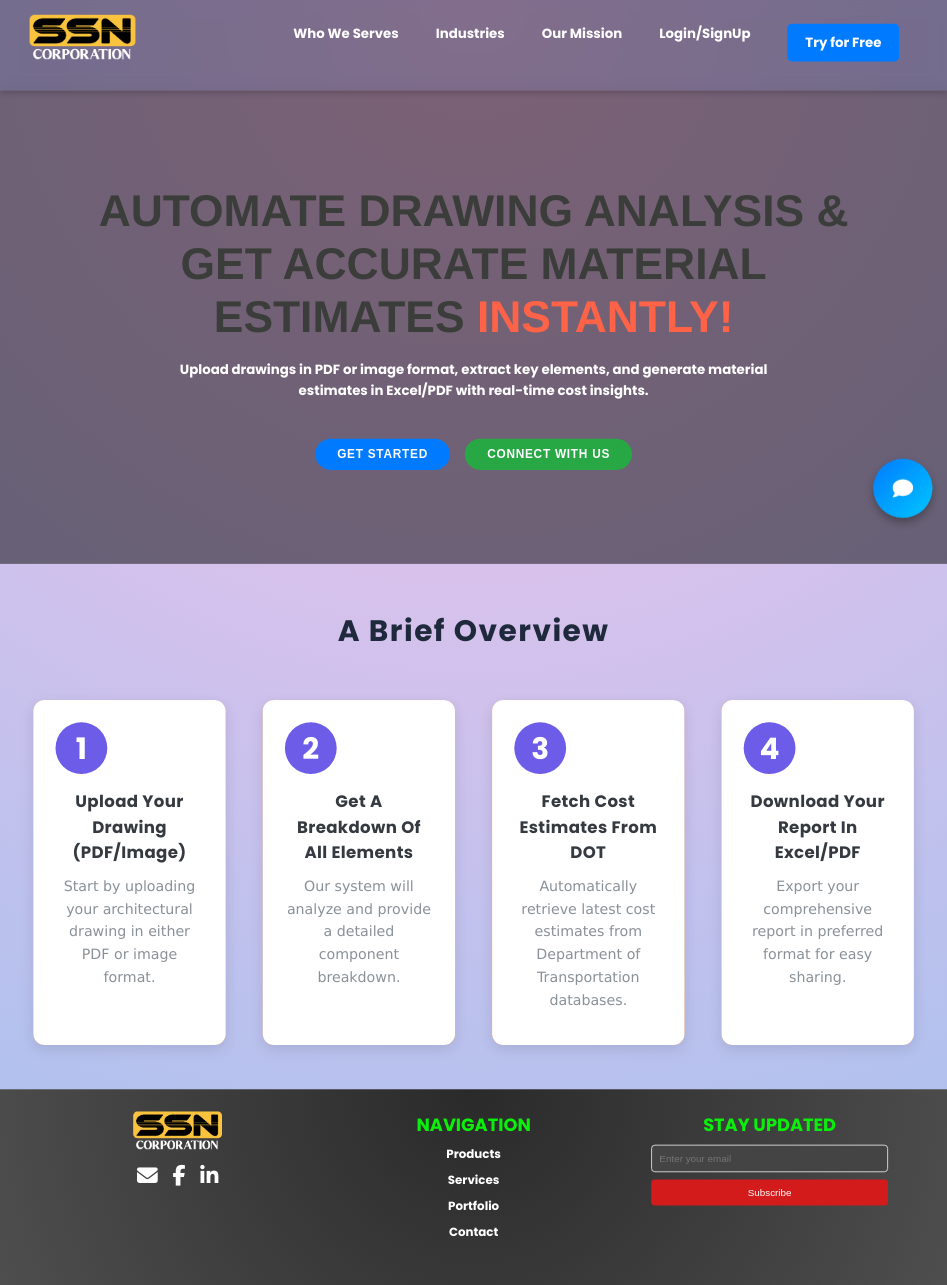
Repository: aabhashbasnet/SSNCorporation
Page: /
An editor plug-in stored every save of this project. The page is shown before and after a run of saves, followed by the edit.
The browser window is 1280 px wide. The pictures show the whole page, at 74% of full size.
The project was rebuilt for these pictures with package versions that can differ from the ones it lists, and the page was loaded fresh each time. Also part of the build but not shown: src/pages/OurMission/OurMission.jsx, src/pages/LoginSignUp/LoginSignUp.css, src/pages/LoginSignUp/LoginSignUp.jsx, src/pages/Industries/Industries.jsx, src/pages/Industries/Landscaping.jsx, src/pages/Industries/Paving.jsx, src/pages/Industries/GeneralConstruction.jsx, src/pages/Industries/FacilitiesMaintenance.jsx and 10 more.

Above is the page before, as saved 2025-02-11 14:52:21.

### src/index.css
/* index.css or App.css */
body {
  margin: 0;
  padding: 0;
  font-family: 'Poppins', sans-serif; /* Optional: Add modern typography */
  /* background: linear-gradient(to bottom, #0a192f, #162447); */
  /* background: linear-gradient(to bottom, #0a192f, #004aad); */
  /* background: radial-gradient(circle at top, #00c6ff, #0072ff, #0a192f);
  background: radial-gradient(circle at top, #ff7e5f, #feb47b, #f4f4f4);
  background: radial-gradient(circle at top, #6a11cb, #2575fc);
  background: radial-gradient(circle at top, #ff416c, #ff4b2b); */
  background: radial-gradient(circle at top, #fbc2eb, #a6c1ee);
  /* color: white; Ensures text is readable */
  min-height: 100vh;
}

### src/App.css
.app-container {
  min-height: 100vh;
  display: flex;
  flex-direction: column;
  background-size: cover;
  background-position: center;
}

### src/components/Main/Main.jsx
import React, { useEffect } from "react";
import { useNavigate } from "react-router-dom";
import "./Main.css";

const Main = () => {
  const navigate = useNavigate();

  const handleGetStartedClick = () => {
    // Open the GetStarted component in a new tab
    const newTab = window.open("", "_blank");
    newTab.location.href = "/get-started";
  };

  useEffect(() => {
    // Adding animation to fade in the content
    const content = document.querySelector(".main-content");
    content.classList.add("fade-in");
  }, []);

  return (
    <div className="main-container">
      <div className="background-image">
        <div className="main-content">
          <h1 className="headline">
            Automate Drawing Analysis & Get Accurate Material Estimates{" "}
            <span className="instant">Instantly!</span>
          </h1>
          <p className="description">
            Upload drawings in PDF or image format, extract key elements, and generate material estimates in Excel/PDF with real-time cost insights.
          </p>

          <div className="button-container">
            <button className="button primary" onClick={handleGetStartedClick}>
              Get Started
            </button>
            <button className="button connect">Connect with Us</button>
          </div>
        </div>
      </div>
    </div>
  );
};

export default Main;

### src/components/Working/Working.jsx
import React from 'react';
import './Working.css';


const Working = () => {
  const steps = [
    {
      number: '1',
      title: 'Upload your drawing (PDF/Image)',
      description: 'Start by uploading your architectural drawing in either PDF or image format.'
    },
    {
      number: '2',
      title: 'Get a breakdown of all elements',
      description: 'Our system will analyze and provide a detailed component breakdown.'
    },
    {
      number: '3',
      title: 'Fetch cost estimates from DOT',
      description: 'Automatically retrieve latest cost estimates from Department of Transportation databases.'
    },
    {
      number: '4',
      title: 'Download your report in Excel/PDF',
      description: 'Export your comprehensive report in preferred format for easy sharing.'
    }
  ];

  return (
    <div className="how-it-works-container">
      <h2 className="section-title">A Brief Overview</h2>
      <div className="steps-container">
        {steps.map((step, index) => (
          <div key={index} className="step-card">
            <div className="step-icon">{step.number}</div>
            <h3 className="step-title">{step.title}</h3>
            <p className="step-description">{step.description}</p>
          </div>
        ))}
      </div>
    </div>
  );
};

export default Working;

### src/components/Footer/Footer.jsx
import React from 'react';
import './Footer.css';
import logo from '../../assets/logo.png';

const Footer = () => {
  return (
    <footer className="footer">
      <div className="footer-content"> {/* Container for better layout control */}
        <div className="footer-section">
          <img src={logo} alt="Company Logo" className="logo" />
          <div className="social-links">
            <a href="mailto:info@ssnbuilders.com" aria-label="Email">
              <i className="fas fa-envelope social-icon"></i>
            </a>
            <a href="https://www.facebook.com" aria-label="Facebook" target="_blank" rel="noopener noreferrer">
              <i className="fab fa-facebook-f social-icon"></i>
            </a>
            <a href="https://www.linkedin.com" aria-label="LinkedIn" target="_blank" rel="noopener noreferrer">
              <i className="fab fa-linkedin-in social-icon"></i>
            </a>
          </div>
        </div>

        <div className="footer-section">
          <h4>Navigation</h4>
          <nav>
            <ul className="footer-nav">
              <li><a href="/products">Products</a></li>
              <li><a href="/services">Services</a></li>
              <li><a href="/portfolio">Portfolio</a></li>
              <li><a href="/contact">Contact</a></li>
            </ul>
          </nav>
        </div>

        <div className="footer-section">
          <h4>Stay Updated</h4>
          <div className="newsletter">
            <input
              type="email"
              placeholder="Enter your email"
              className="email-input"
              aria-label="Email for newsletter"
            />
            <button className="subscribe-button">Subscribe</button>
          </div>
        </div>
      </div> {/* Close footer-content */}
    </footer>
  );
}

export default Footer;

### src/components/Main/Main.css
/* Main content styling */
.main-content {
  padding: 50px 20px;
  text-align: center;
  min-height: calc(100vh - 80px);
  display: flex;
  flex-direction: column;
  justify-content: center;
  align-items: center;
  position: relative;
  z-index: 1;
}

/* Gradient overlay */
.main-content:before {
  content: '';
  position: absolute;
  top: 0;
  left: 0;
  right: 0;
  bottom: 0;
  background: rgba(0, 0, 0, 0.5); /* Dark gradient for readability */
  z-index: -1;
}

/* Headline styling with animated underline */
.headline {
  font-family: 'Helvetica', sans-serif;
  font-size: 60px;
  font-weight: bold;
  color: #3b3d3a;
  margin-bottom: 20px;
  line-height: 1.2;
  text-transform: uppercase;
  display: inline-block;
  position: relative;
  max-width: 90%;
}

.headline .instant {
  color: #ff6347; /* Tomato color */
}

/* Underline animation effect */
.headline:after {
  content: '';
  position: absolute;
  left: 0;
  bottom: -5px;
  width: 0;
  height: 3px;
  background: #ff6347;
  transition: width 0.3s ease;
}

.headline:hover:after {
  width: 100%;
}

/* Description styling */
.description {
  font-size: 18px;
  font-weight: bold;
  color: white;
  max-width: 800px;
  margin: 0 auto;
  line-height: 1.6;
  margin-bottom: 30px;
}

/* Button container styling */
.button-container {
  display: flex;
  gap: 20px;
  justify-content: center;
  margin-top: 20px;
  flex-wrap: wrap;
  align-items: center;
}

/* Button base styling */
.button {
  padding: 12px 30px;
  font-size: 16px;
  font-weight: bold;
  border: none;
  border-radius: 25px;
  cursor: pointer;
  transition: all 0.3s ease;
  display: inline-block;
  text-transform: uppercase;
  letter-spacing: 1px;
}

/* Default button styling */
.button:hover {
  transform: translateY(-5px);
}

/* "Get Started" button styling */
.button.primary {
  background-color: #007bff;
  color: white;
}

.button.primary:hover {
  background-color: #0056b3;
}

/* "Connect with Us" button styling */
.button.connect {
  background-color: #28a745;
  color: white;
}

.button.connect:hover {
  background-color: #218838;
}

/* Add some responsive styling */
@media (max-width: 768px) {
  .headline {
    font-size: 45px; /* Adjust the headline font size */
  }

  .description {
    font-size: 16px;
    padding: 0 20px;
  }

  .button-container {
    flex-direction: column; /* Stack buttons on mobile */
  }

  .button {
    width: 100%;
    max-width: 300px;
    margin: 10px 0;
  }
}

### src/components/Working/Working.css
/* Working.css */

/* Container for the whole section */
.how-it-works-container {
    padding: 60px 20px;
    /* background-color: #f1f4f9; */
    text-align: center;
  }

  .section-title {
    font-size: 3rem;
    font-weight: bold;
    color: #343a40;
    margin-bottom: 40px;
    /* text-transform: uppercase; */
    letter-spacing: 2px;
    animation: fadeIn 1s ease-out;
  }

  /* Flexbox container for the cards */
  .steps-container {
    display: flex;
    justify-content: center;
    gap: 50px;
    flex-wrap: wrap;
    animation: fadeInUp 1s ease-out;
  }

  /* Individual step cards */
  .step-card {
    background-color: #fff;
    border-radius: 15px;
    box-shadow: 0 6px 18px rgba(0, 0, 0, 0.1);
    padding: 30px;
    width: 260px;
    transition: transform 0.4s ease, box-shadow 0.4s ease;
    cursor: pointer;
    position: relative;
    overflow: hidden;
    text-align: center;
  }

  .step-card:hover {
    transform: translateY(-10px);
    box-shadow: 0 12px 30px rgba(0, 0, 0, 0.15);
  }

  .step-card::before {
    content: "";
    position: absolute;
    top: 50%;
    left: 50%;
    width: 200%;
    height: 200%;
    background: linear-gradient(45deg, #ff6f61, #f79c42, #6c5ce7);
    z-index: -1;
    animation: expand 3s ease-out infinite;
    transform: translate(-50%, -50%);
  }

  /* Step icon circle */
  .step-icon {
    font-size: 2.5rem;
    font-weight: bold;
    color: #fff;
    background-color: #6c5ce7;
    width: 70px;
    height: 70px;
    border-radius: 50%;
    display: flex;
    align-items: center;
    justify-content: center;
    margin-bottom: 20px;
    transition: transform 0.3s ease;
  }

  .step-card:hover .step-icon {
    transform: scale(1.1);
  }

  /* Title style for each step */
  .step-title {
    font-size: 1.4rem;
    font-weight: 600;
    color: #343a40;
    margin-bottom: 15px;
    text-transform: capitalize;
    letter-spacing: 0.5px;
    transition: color 0.3s ease;
  }

  .step-card:hover .step-title {
    color: #6c5ce7;
  }

  /* Description under each title */
  .step-description {
    font-size: 1.2rem;
    font-family: 'Lucida Sans', 'Lucida Sans Regular', 'Lucida Grande', 'Lucida Sans Unicode', Geneva, Verdana, sans-serif;
    font-weight: 500;
    color: #6c757d;
    line-height: 1.6;
    padding-bottom: 15px;
    opacity: 0.8;
    transition: opacity 0.3s ease;
  }

  .step-card:hover .step-description {
    opacity: 1;
    color: #2f353b;
  }

  /* Hover animations for smooth effects */
  @keyframes fadeIn {
    from {
      opacity: 0;
      transform: translateY(-20px);
    }
    to {
      opacity: 1;
      transform: translateY(0);
    }
  }

  @keyframes fadeInUp {
    from {
      opacity: 0;
      transform: translateY(20px);
    }
    to {
      opacity: 1;
      transform: translateY(0);
    }
  }

  @keyframes expand {
    0% {
      transform: translate(-50%, -50%) scale(1);
    }
    50% {
      transform: translate(-50%, -50%) scale(1.2);
    }
    100% {
      transform: translate(-50%, -50%) scale(1);
    }
  }

  /* Mobile responsiveness */
  @media (max-width: 768px) {
    .steps-container {
      flex-direction: column;
      align-items: center;
    }

    .step-card {
      width: 90%;
      margin-bottom: 30px;
    }
  }

### src/components/Footer/Footer.css
.footer {
    background-color: #333;
    background: #2c3e50; /* Dark blue/gray */
    background: radial-gradient(circle at top, #333, #555);
    background: radial-gradient(circle at top, #4b0082, #2c003e);
    background: radial-gradient(circle at top, #2a2a2a, #3b3b3b);
    background: radial-gradient(circle at top, #2a2a2a, #4e4e4e);

    color: white;
    padding: 30px;
  }

  .footer-content {
    display: flex;
    flex-wrap: wrap;
    justify-content: space-around;
    max-width: 1200px;
    margin: 0 auto;
  }

  .footer-section {
    flex: 1 1 30%;
    margin-bottom: 20px;
    text-align: center;
  }

  .logo {
    width: 120px;
    height: auto;
    margin-bottom: 15px;
  }

  .social-links {
    display: flex;
    justify-content: center; /* Center social icons */
    gap: 20px;
  }

  .social-icon {
    font-size: 28px;
    color: white;
    transition: color 0.3s ease;
  }

  .social-icon:hover {
    color: #0e76a8;
  }


  .footer-section h4 {
    font-size: 1.5rem; /* Use rem for scalable font sizes */
    font-weight: bold;
    margin-bottom: 10px;
    color: rgb(11, 240, 11);
    text-transform: uppercase;
  }
  .footer-nav {
    list-style: none;
    padding: 0;
    margin: 0;
  }

  .footer-nav li {
    margin-bottom: 10px;
  }

  .footer-nav a {
    font-size: 1rem;
    color: hsl(0, 0%, 100%);
    text-decoration: none;
    transition: color 0.3s ease;
  }

  .footer-nav a:hover {
    color: #0e76a8;
  }

  .newsletter {
    display: flex;
    flex-direction: column; /* Stack input and button */
    align-items: center; /* Center content horizontally */
  }

  .email-input {
    padding: 10px;
    border: 1px solid #fff;
    border-radius: 5px;
    width: 80%; /* Make input responsive */
    margin-bottom: 10px;
    background-color: #444;
    color: white;
  }

  .subscribe-button {
    padding: 10px 20px;
    background-color: #d31b1b;
    color: white;
    border: none;
    border-radius: 5px;
    cursor: pointer;
    transition: background-color 0.3s ease;
    width: 80%; /* Make button responsive */
  }

  .subscribe-button:hover {
    background-color: #b91b1b;
  }

  @media screen and (max-width: 768px) {
    .footer-section {
      flex: 1 1 100%; /* Each section takes full width on mobile */
      margin-bottom: 20px; /* Add space between sections */
    }

    .newsletter {
      flex-direction: column; /* Stack input and button vertically */
      align-items: center; /* Center the content horizontally */
    }

    .email-input,
    .subscribe-button {
      width: 100%; /* Full width input and button */
    }

    .footer-nav li {
      margin-bottom: 5px; /* Reduce margin between links */
    }
  }

### src/pages/Industries/Industries.css
/* Import Poppins font */
@import url('https://fonts.googleapis.com/css2?family=Poppins:wght@700&display=swap');

.industries-container {
  padding: 5rem 1rem;
}

.industries-title {
  font-family: Arial, Helvetica, sans-serif;
  text-align: center;
  font-size: 2.9rem;
  color: #1f2937;
  margin-bottom: 1rem;
  font-weight: 1000;
}

.industries-subtitle {
  text-align: center;
  color: #4b5563;
  font-size: 1.125rem;
  max-width: 800px;
  margin: 0 auto 3rem;
  line-height: 1.6;
}

.industries-grid {
  display: grid;
  gap: 2rem;
  grid-template-columns: 1fr;
}

.industry-card {
  background: white;
  padding: 2.5rem;
  border-radius: 1rem;
  box-shadow: 0 4px 6px -1px rgba(0, 0, 0, 0.1);
  transition: transform 0.3s ease, box-shadow 0.3s ease;
}

.industry-card:hover {
  transform: translateY(-5px);
  box-shadow: 0 10px 15px -3px rgba(0, 0, 0, 0.1);
}

.icon-container {
  width: 60px;
  height: 60px;
  border-radius: 50%;
  display: flex;
  align-items: center;
  justify-content: center;
  margin-bottom: 1.5rem;
}

.industry-icon {
  font-size: 2.5rem;
  color: white;
}

.industry-title {
  color: #1f2937;
  font-size: 1.5rem;
  margin: 1.5rem 0 1rem;
  font-weight: 600;
}

.industry-description {
  color: #4b5563;
  line-height: 1.6;
  margin-bottom: 1.5rem;
}

.learn-more-btn {
  color: #3b82f6;
  text-decoration: none;
  font-weight: 500;
  display: inline-flex;
  align-items: center;
  gap: 0.5rem;
  transition: color 0.3s ease;
}

.learn-more-btn:hover {
  color: #2563eb;
}

@media (min-width: 768px) {
  .industries-grid {
    grid-template-columns: repeat(2, 1fr);
  }
}

@media (min-width: 1024px) {
  .industries-grid {
    grid-template-columns: repeat(4, 1fr);
  }

  .industries-title {
    font-size: 3rem;
  }

  .industries-subtitle {
    font-size: 1.25rem;
  }
}

### src/pages/Industries/FacilitiesMaintainance.css
/* Reset and base styles */
* {
  margin: 0;
  padding: 0;
  box-sizing: border-box;
}

body {
  background-color: #f5f7fa;
}

/* General section styling */
section {
  padding: 4rem 2rem;
  max-width: 1200px;
  margin: 0 auto;
}

/* Overview section */
.overview-section {
  display: flex;
  gap: 3rem;
  align-items: center;
  min-height: 80vh;
  background: linear-gradient(135deg, #e8f4fd 0%, #f5f7fa 100%);
  border-radius: 20px;
  margin: 2rem auto;
}

.overview-text {
  flex: 1;
}

.overview-text h1 {
  font-size: 3rem;
  margin-bottom: 1.5rem;
  color: #2c3e50;
  line-height: 1.2;
  font-weight: 700;
}

.overview-text p {
  font-size: 1.1rem;
  line-height: 1.6;
  color: #5a6c7d;
  margin-bottom: 1.5rem;
}

.overview-image {
  flex: 1;
  position: relative;
}

.overview-image img {
  width: 100%;
  height: auto;
  border-radius: 15px;
  box-shadow: 0 20px 40px rgba(0, 0, 0, 0.1);
}

/* Features and Benefits section */
.features-benefits {
  background: linear-gradient(135deg, #f5f7fa 0%, #e8f4fd 100%);
  text-align: center;
  padding: 5rem 2rem;
  border-radius: 20px;
  margin: 2rem auto;
}

.features-benefits h2 {
  font-size: 2.5rem;
  color: #2c3e50;
  margin-bottom: 3rem;
  font-weight: 700;
}

.feature-card {
  background: rgba(255, 255, 255, 0.9);
  padding: 2rem;
  border-radius: 10px;
  box-shadow: 0 10px 20px rgba(0, 0, 0, 0.05);
  transition: transform 0.3s ease;
  text-align: center;
}

.feature-card:hover {
  transform: translateY(-5px);
  background: rgba(255, 255, 255, 0.95);
  box-shadow: 0 15px 30px rgba(0, 0, 0, 0.1);
}

.feature-card i {
  font-size: 2.5rem;
  margin-bottom: 1rem;
}

.feature-card h3 {
  font-size: 1.5rem;
  color: #2c3e50;
  margin-bottom: 1rem;
  font-weight: 600;
}

.feature-card p {
  color: #5a6c7d;
  line-height: 1.5;
}

/* CTA section */
.cta-section {
  text-align: center;
  background: linear-gradient(135deg, #3498db, #2980b9);
  color: white;
  border-radius: 15px;
  margin: 2rem auto;
  padding: 4rem 2rem;
  box-shadow: 0 15px 30px rgba(41, 128, 185, 0.2);
}

.cta-section h2 {
  font-size: 2.5rem;
  margin-bottom: 1.5rem;
  font-weight: 700;
}

.cta-section p {
  font-size: 1.2rem;
  margin-bottom: 2rem;
  max-width: 600px;
  margin-left: auto;
  margin-right: auto;
  line-height: 1.6;
}

.cta-button {
  display: inline-block;
  padding: 1rem 2rem;
  font-size: 1.2rem;
  font-weight: 600;
  text-decoration: none;
  color: white;
  background: linear-gradient(135deg, #28a745, #218838);
  border-radius: 30px;
  transition: all 0.3s ease;
  cursor: pointer;
  border: 2px solid transparent;
  box-shadow: 0 4px 15px rgba(40, 167, 69, 0.2);
}

.cta-button:hover {
  transform: scale(1.05);
  box-shadow: 0 6px 20px rgba(40, 167, 69, 0.3);
  background: linear-gradient(135deg, #218838, #28a745);
  color: white;
  border-color: rgba(255, 255, 255, 0.2);
}

/* Responsive Design */
@media (max-width: 1024px) {
  .features-grid {
      grid-template-columns: repeat(2, 1fr);
  }
}

@media (max-width: 768px) {
  .overview-section {
      flex-direction: column;
      text-align: center;
  }

  .overview-text h1 {
      font-size: 2.5rem;
  }

  .features-grid {
      grid-template-columns: 1fr;
  }

  .cta-section h2 {
      font-size: 2rem;
  }
}

@media (max-width: 480px) {
  section {
      padding: 2rem 1rem;
  }

  .overview-text h1 {
      font-size: 2rem;
  }

  .features-benefits h2 {
      font-size: 2rem;
  }

  .feature-card {
      margin: 0;
  }

  .cta-button {
      width: 90%;
      max-width: 300px;
  }
}

Loaded but not shown: public/index.html (common file); src/index.js (common file); src/reportWebVitals.js (common file); src/App.js (63 lines, source omitted); src/components/FloatingChatButton/FloatingChatButton.jsx (177 lines, source omitted); src/components/FloatingChatButton/FloatingChatButton.css (285 lines, source omitted); src/components/Navbar/Navbar.jsx (138 lines, source omitted); src/components/Navbar/Navbar.css (231 lines, source omitted); src/pages/Industries/Paving.css (214 lines, source omitted); src/pages/Industries/Landscaping.css (213 lines, source omitted); src/pages/OurMission/OurMission.css (228 lines, source omitted); src/pages/Industries/GeneralConstruction.css (205 lines, source omitted)

After the next 2 saves:
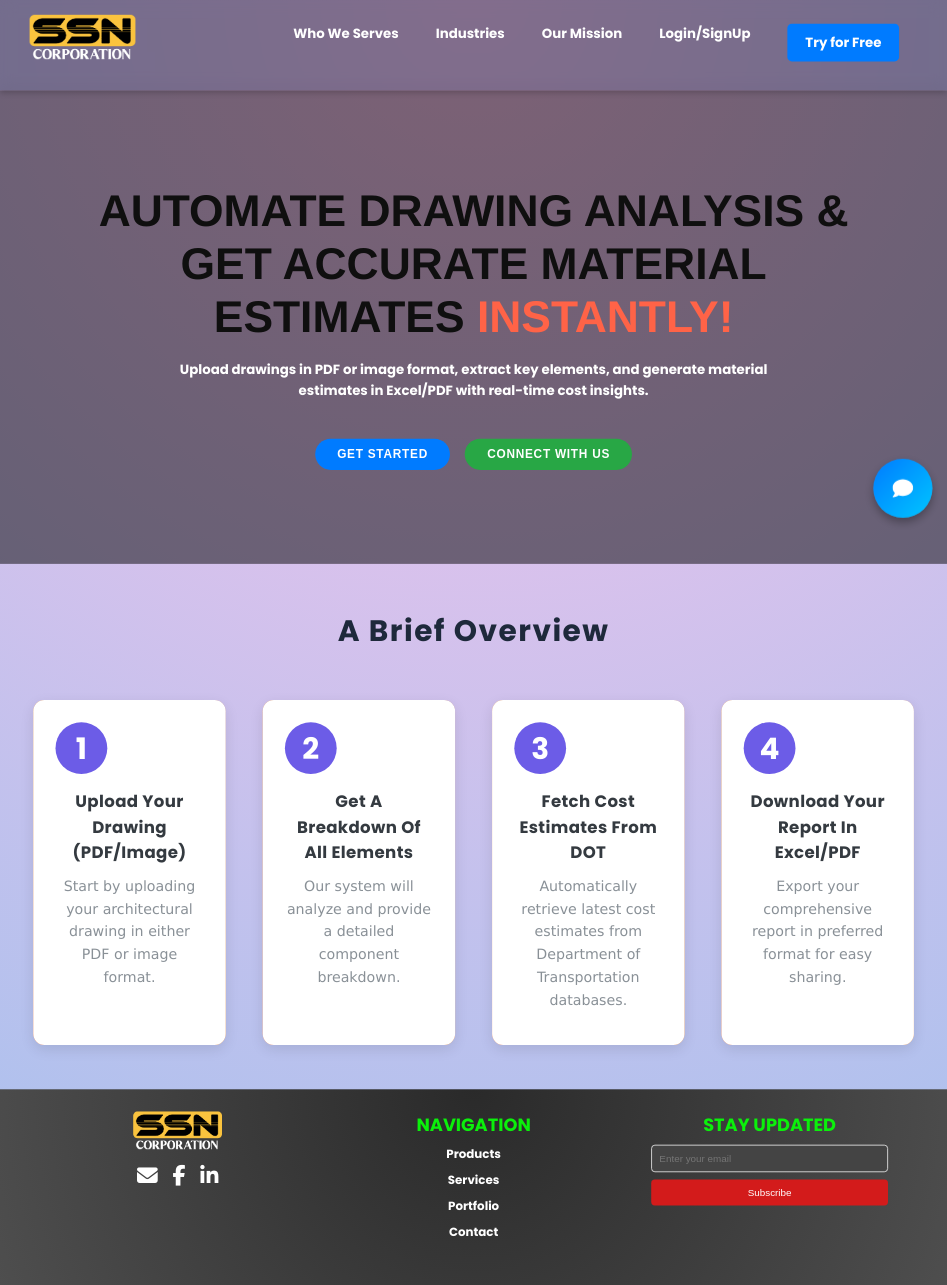
The 2 saves are shown as one change because they came seconds apart.
The last was saved 11 s later.
--- a/src/components/Main/Main.css
+++ b/src/components/Main/Main.css
@@ -28,7 +28,7 @@
   font-family: 'Helvetica', sans-serif;
   font-size: 60px;
   font-weight: bold;
-  color: #3b3d3a;
+  color: #0f0f0f;
   margin-bottom: 20px;
   line-height: 1.2;
   text-transform: uppercase;
